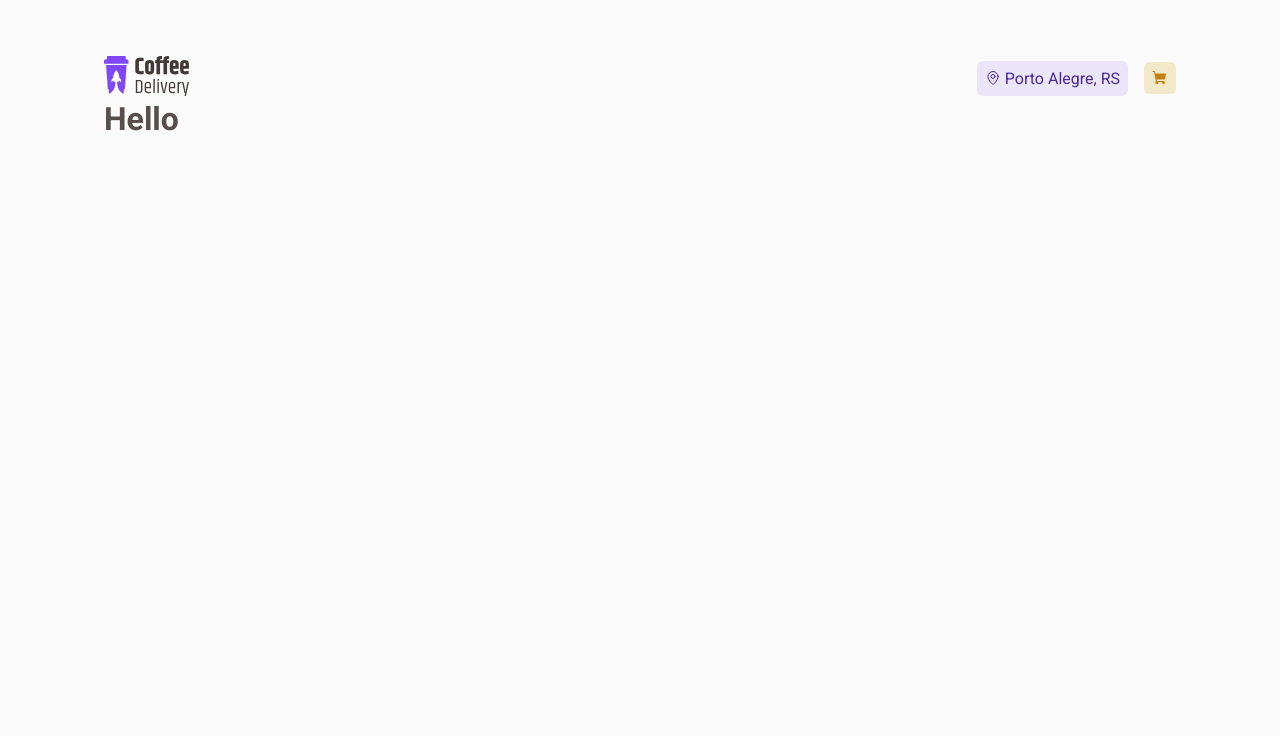
Repository: guilhermecardoso93/react-coffee-delivery
Page: /
An editor plug-in stored every save of this project. The page is shown before and after the next save, followed by the edit.
The browser window is 1280 px wide. The pictures show the whole page.
The project was rebuilt for these pictures with package versions that can differ from the ones it lists, and the page was loaded fresh each time. Also part of the build but not shown: vite.config.ts.

Above is the page before, as saved 2022-07-17 16:34:47.

### index.html
<!DOCTYPE html>
<html lang="en">
  <head>
    <meta charset="UTF-8" />
    <link rel="icon" type="image/svg+xml" href="/src/assets/favicon.ico" />
    <link rel="preconnect" href="https://fonts.googleapis.com" />
    <link rel="preconnect" href="https://fonts.gstatic.com" crossorigin />
    <meta name="viewport" content="width=device-width, initial-scale=1.0" />
    <link
      href="https://fonts.googleapis.com/css2?family=Baloo+2:wght@700;800&family=Roboto:wght@400;500;700&display=swap"
      rel="stylesheet"
    />
    <title>Coffee Delivery - Rocketseat</title>
  </head>
  <body>
    <div id="root"></div>
    <script type="module" src="/src/main.tsx"></script>
  </body>
</html>

### src/App.tsx
import { ThemeProvider } from "styled-components";
import { defaultTheme } from "./styles/themes/default";
import { GlobalStyle } from "./styles/global";
import { Router } from "./Router";
import { BrowserRouter } from "react-router-dom";

export function App() {
  return (
    <ThemeProvider theme={defaultTheme}>
      <BrowserRouter>
        <Router />
        <GlobalStyle />
      </BrowserRouter>
    </ThemeProvider>
  );
}

### src/styles/themes/default.ts
export const defaultTheme = {
  white: "#FFFFFF",
  background: "#FAFAFA",
  "base-card": "#F3F2F2",
  "base-input": "#EDEDED",
  "base-button": "#E6E5E5",
  "base-hover": "#D7D5D5",
  "base-label": "#8D8686",
  "base-text": "#574F4D",
  "base-subtitle": "#403937",
  "base-title": "#272221",
  "base-error": "#f84747",
  "brand-purple-dark": "#4B2995",
  "brand-purple": "#8047F8",
  "brand-purple-light": "#EBE5F9",
  "brand-yellow-dark": "#C47F17",
  "brand-yellow": "#DBAC2C",
  "brand-yellow-light": "#F1E9C9"
};

### src/styles/global.ts
import { createGlobalStyle } from "styled-components";

export const GlobalStyle = createGlobalStyle`
   * {
    margin: 0;
    padding: 0;
    box-sizing: border-box;
   }


   body {
    background-color: ${(props) => props.theme["background"]};
    color: ${(props) => props.theme["base-text"]};
    -webkit-font-smoothing: antialiased;

   }

   body, input, text-area, button{
    font-family: 'Roboto', sans-serif;
    font-weight: 400;
    font-size: 1rem;
   }
 `;

### src/Router.tsx
import { Route, Routes } from "react-router-dom";
import { Home } from "./components/pages/components/Home";
import { DefaultLayout } from "./layouts/DefaultLayout";

export function Router() {
  return (
    <Routes>
      <Route path="/" element={<DefaultLayout />}>
        <Route path="/" element={<Home />} />
      </Route>
    </Routes>
  );
}

### src/components/pages/components/Home/index.tsx
import { HomeContainer } from "./styles";

export function Home() {
  return (
    <HomeContainer>
      <h1>Hello</h1>
    </HomeContainer>
  );
}

### src/components/pages/components/Home/styles.ts
import styled from "styled-components";

export const HomeContainer = styled.main`
  display: flex;
  align-items: center;
  justify-content: space-between;

`;

### src/components/Header/index.tsx
import { MapPin, ShoppingCart } from "phosphor-react";
import Logo from "../../assets/logo.svg";
import { HeaderContainer } from "./styles";

export function Header() {
  return (
    <HeaderContainer>
      <div>
        <img src={Logo} alt="" />
      </div>
      <div className="headerInfos">
        <div className="local">
          <MapPin size={16} />
          Porto Alegre, RS
        </div>
        <span className="headerCar">
          <ShoppingCart size={16} weight="fill" />
        </span>
      </div>
    </HeaderContainer>
  );
}

### src/layouts/DefaultLayout/styles.ts
import styled from "styled-components";

export const LayoutContainer = styled.div`
  max-width: 90vw;
  height: calc(100vh - 1rem);
  margin: 1rem auto;
  padding: 2.5rem;

  display: flex;
  flex-direction: column;
`;

### src/components/Header/styles.ts
import styled from "styled-components";

export const HeaderContainer = styled.header`
  display: flex;
  align-items: center;
  justify-content: space-between;

  nav {
    display: flex;
    gap: 0.5rem;
  }

  .headerInfos {
    display: flex;
    align-items: center;
    justify-content: center;
    gap: 1rem;
  }

  .local {
    display: flex;
    flex-direction: row;
    justify-content: center;
    align-items: center;
    padding: 8px;
    gap: 4px;
    border-radius: 6px;

    background-color: ${(props) => props.theme["brand-purple-light"]};
    color: ${(props) => props.theme["brand-purple-dark"]};
  }

  .headerCar {
    display: flex;
    flex-direction: row;
    justify-content: center;
    align-items: center;
    padding: 8px;
    gap: 4px;
    border-radius: 6px;

    background-color: ${(props) => props.theme["brand-yellow-light"]};
    color: ${(props) => props.theme["brand-yellow-dark"]};
  }
`;

Loaded but not shown: src/main.tsx (common file); src/layouts/DefaultLayout/index.tsx (common file)

After the next save:
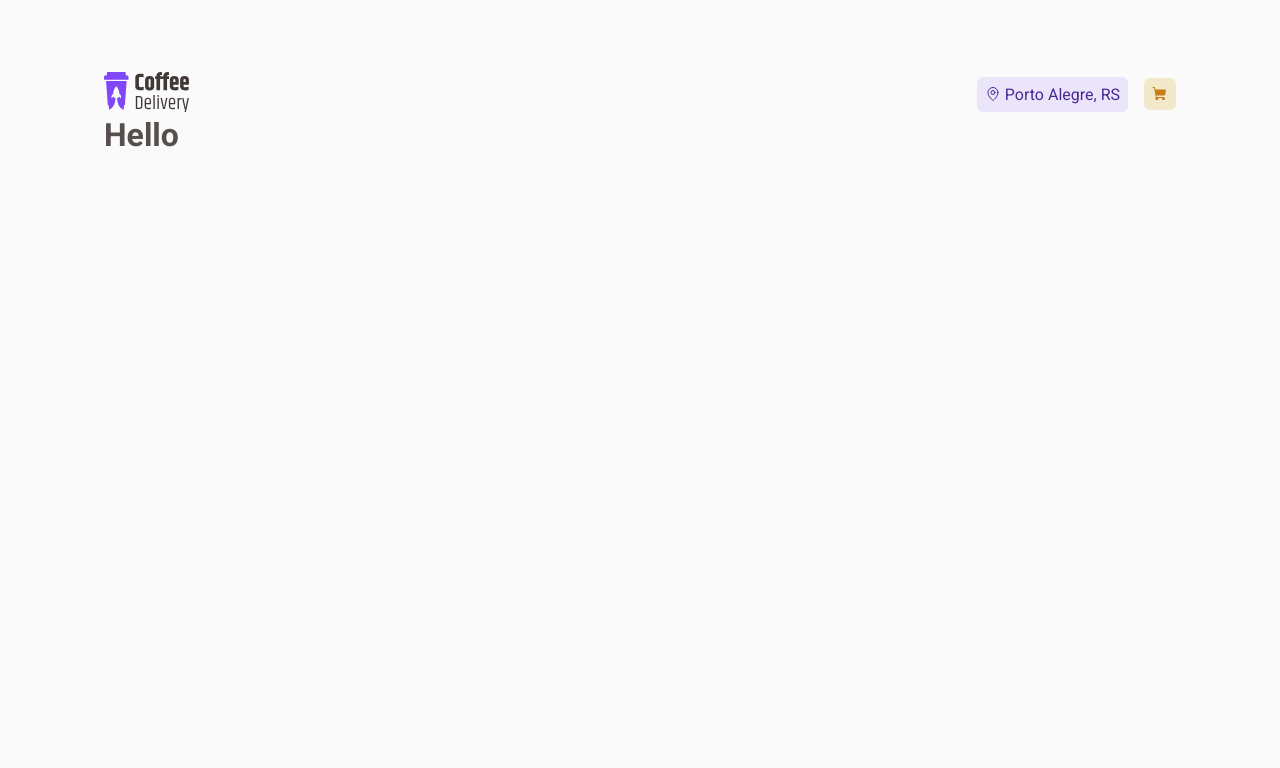
Saved 3 min 47 s later.
--- a/src/layouts/DefaultLayout/styles.ts
+++ b/src/layouts/DefaultLayout/styles.ts
@@ -3,7 +3,7 @@
 export const LayoutContainer = styled.div`
   max-width: 90vw;
   height: calc(100vh - 1rem);
-  margin: 1rem auto;
+  margin: 2rem auto;
   padding: 2.5rem;
 
   display: flex;
